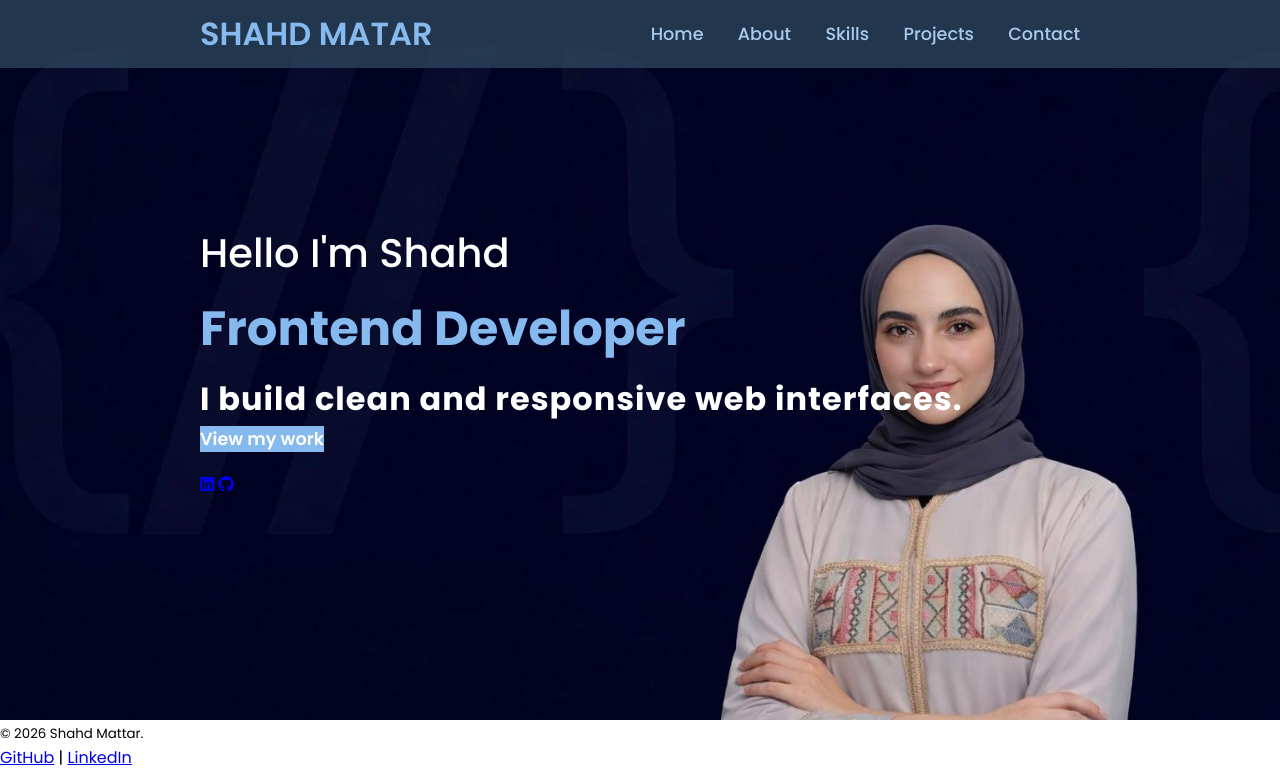
Repository: shahdmattar/personal-landing-page
Page: index.html
These files come from the project's save history. The page is drawn as it stood at one moment and after the next save; the edit follows.
The browser window is 1280 px wide. The pictures show the whole page.
Backgrounds fixed to the window are drawn as part of the page.

Above is the page before, as saved 2026-04-15 11:57:36.

### index.html
<!doctype html>
<html lang="en">
  <head>
    <meta charset="UTF-8" />
    <meta name="viewport" content="width=device-width, initial-scale=1.0" />
    <title>Shahd Matar | Personal Landing Page</title>
    <meta
      name="description"
      content="Personal landing page of Shahd Matar, Computer Engineering student and frontend learner."
    />
    <link
      rel="stylesheet"
      href="https://cdnjs.cloudflare.com/ajax/libs/font-awesome/6.0.0/css/all.min.css"
    />
    <link rel="stylesheet" href="style.css" />
    <!-- <link rel="stylesheet" href="test.css"> -->
  </head>

  <body>
    <header>
      <a href="#" class="logo">Shahd Matar</a>
      <nav class="navgation">
        <a href="#hero">Home</a>
        <a href="#about">About</a>
        <a href="#skills">Skills</a>
        <a href="#projects">Projects</a>
        <a href="#contact">Contact</a>
      </nav>
    </header>


      <section class="main">
        <div>
          <h2>Hello I'm Shahd<br> <span>Frontend Developer</span></h2>
          <h3>I build clean and responsive web interfaces.</h3>
          <a href="#projects" class="main-btn">View my work</a>
          <div class="social-icons">
            <a href="https://www.linkedin.com/in/shahd-matar-957608368"><i class="fab fa-linkedin"></i></a>
            <a href="https://github.com/shahdmattar"><i class="fab fa-github"></i></a>
          </div>
        </div>
      </section>


    <!-- Footer -->
    <footer>
      <p><small> &copy; 2026 Shahd Mattar.</small></p>
      <p>
        <a
          href="https://github.com/shahdmattar"
          target="_blank"
          rel="noopener noreferrer"
          >GitHub</a
        >
        |
        <a
          href="https://www.linkedin.com/in/shahd-matar-957608368"
          target="_blank"
          rel="noopener noreferrer"
          >LinkedIn</a
        >
      </p>
    </footer>
  </body>
</html>

### style.css
@import url('https://fonts.googleapis.com/css2?family=Dancing+Script:wght@400..700&family=Poppins:ital,wght@0,100;0,200;0,300;0,400;0,500;0,600;0,700;0,800;0,900;1,100;1,200;1,300;1,400;1,500;1,600;1,700;1,800;1,900&display=swap');

* {
  font-family:"Poppins", sans-serif;
  margin: 0;
  padding: 0;
  box-sizing: border-box;
  scroll-behavior:smooth;
}

header{
  width:100%;
  background-color:rgba(49, 76, 97, 0.709);
  position:fixed;
  display:flex;
  justify-content: space-between;
  align-items:center;
  z-index: 999;
  padding:10px 200px;
}

.logo{
  text-decoration:none;
  text-transform:uppercase;
  color:#86b9ed;
  font-size:2rem;
  font-weight:600;
}

.navgation a{
  color:#abcbec;
  text-decoration:none;
  font-size:1.1rem;
  font-weight:500;
  padding-left:30px;
}

.navgation a:hover{
  color:#2e6fab;
  font-size:1.15rem;
  /* font-weight:600; */
}

section{
   padding:200px 200px;
}
.main{
  width:100%;
  min-height:100vh;
  display:flex;
  align-items:center;
  background:url(images/back.jpeg);
  background-repeat:no-repeat;
  background-size:cover;
  background-position:center;
  background-attachment: fixed;
}

.main h2{
  color:#fff;
  font-size:2.5rem;
  font-weight:500;
}

.main h2 span{
  display:inline-block;
  margin-top: 10px;
  color:#86b9ed;
  font-size:3rem;
  font-weight:700;
}

.main h3 {
  margin-top: 10px;
  margin-bottom:3px;
  color:#fff;
  font-size:2rem;
  font-weight:700;
  letter-spacing:1px;
}

.main-btn{
  color:#fff;
  background-color:#86b9ed;
  text-decoration:none;
  font-size:1.1rem;
  font-weight:600;
  display:inline-block;
}
.main .social-icons{
  margin-top: 20px;
}

After the next save:
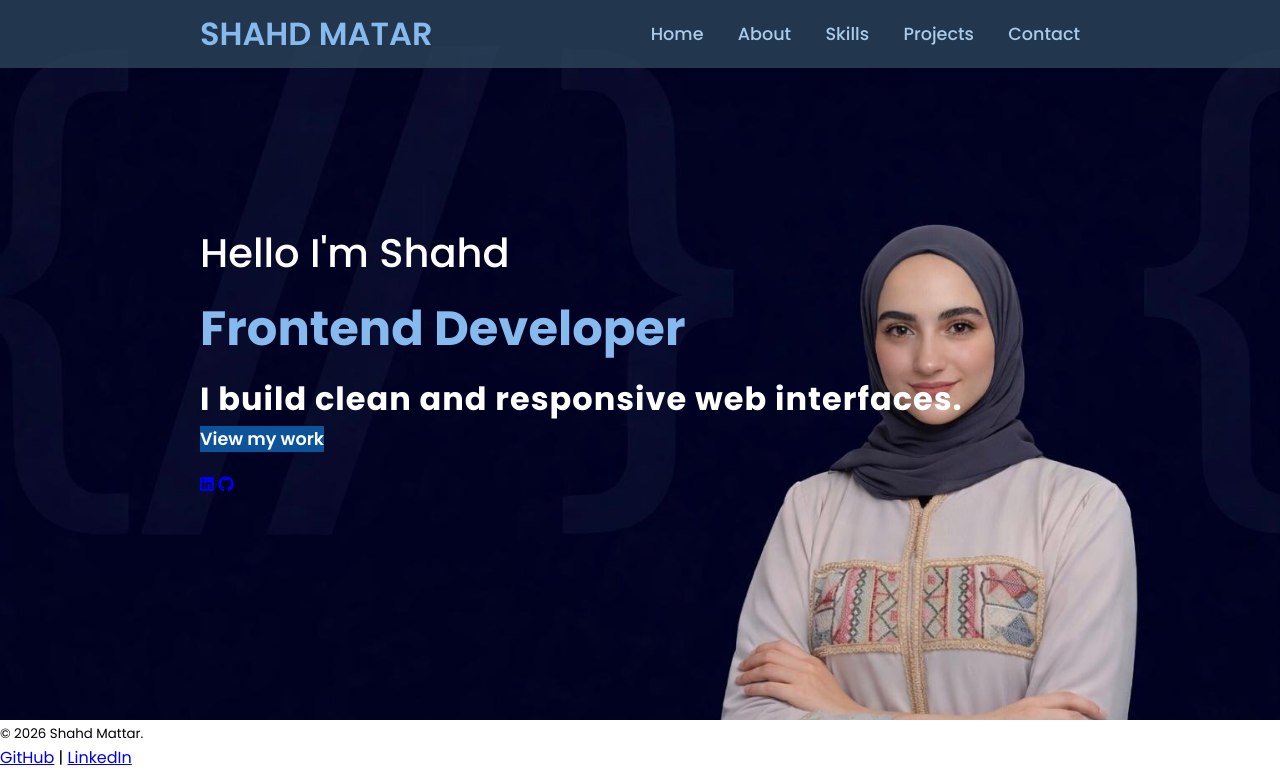
Saved 18 s later.
--- a/style.css
+++ b/style.css
@@ -81,7 +81,7 @@ section{
 
 .main-btn{
   color:#fff;
-  background-color:#86b9ed;
+  background-color:#0d5399;
   text-decoration:none;
   font-size:1.1rem;
   font-weight:600;
